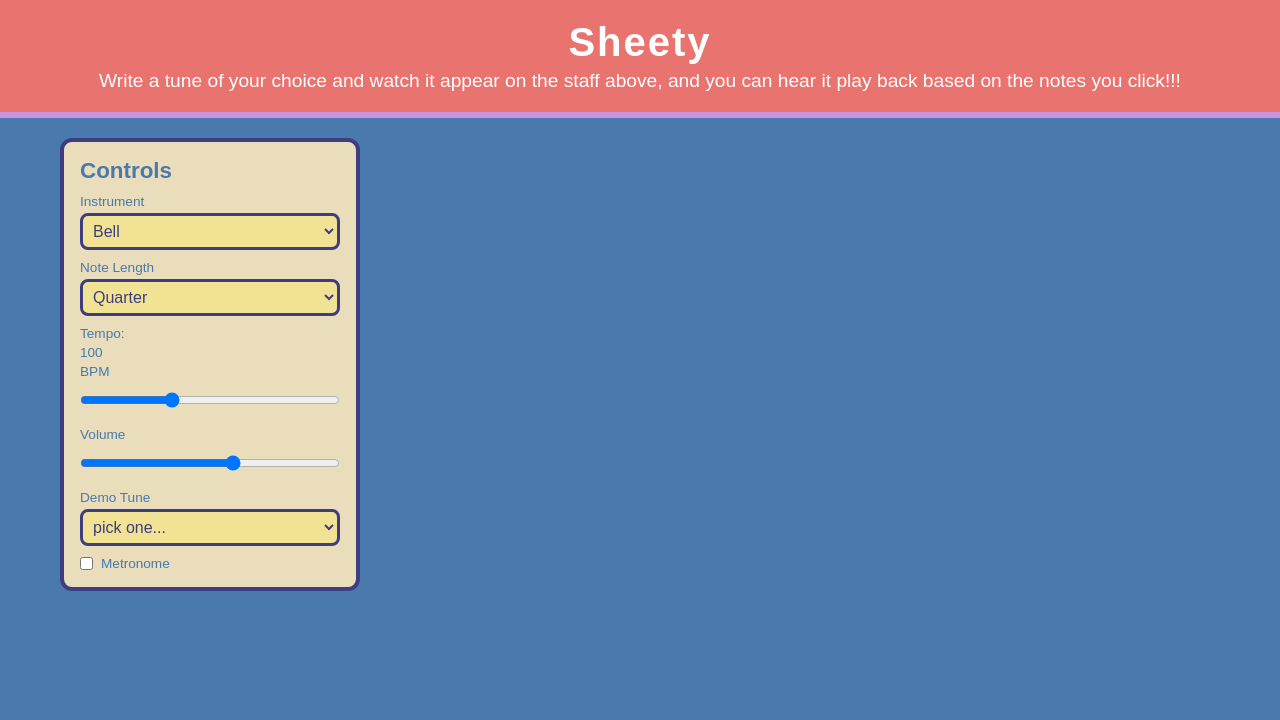
Repository: manayparikh1/sheety
Page: index.html
The author's editor kept a copy of each file at every save. The page is drawn from the files as they stood at one save, then again after the next save.
The browser window is 1280 px wide. The pictures show the whole page.

Above is the page before, as saved 2026-08-23 00:19:36.

### index.html
<!DOCTYPE html>
<html lang="en">

<head>
    <meta charset="UTF-8">
    <title>Sheety</title>
    <style>
        * {
            margin: 0;
            padding: 0;
            box-sizing: border-box;
        }

        :root {
            --cream: #e9ddbb;
            --paper: #ffffff;
            --navy: #3d3d80;
            --red: #e8736f;
            --blue: #4979ad;
            --green: #8dc68b;
            --yellow: #f2e394;
            --orange: #f2ae72;
            --purple: #cd93dd;
            --grey: #a9a9a9;
            --black-key: #494646;
            --line-black: #222222;
        }

        html,
        body {
            background-color: var(--blue);
            font-family: "Comic Neue", "Architects Daughter", "Patrick Hand", "Chalkboard SE", cursive, sans-serif;
            color: var(--paper);
            min-height: 100%;
        }

        header {
            background: var(--red);
            color: var(--paper);
            padding: 19.5px;
            text-align: center;
            border-bottom: 6px solid var(--purple);
        }

        header h1 {
            font-size: 2.5rem;
            letter-spacing: 2px;
        }

        header p {
            margin-top: 5.7px;
            font-size: 1.2rem;
        }

        main {
            max-width: 1000px;
            margin: 0 auto;
            padding: 20px;
        }

        section {
            background: var(--cream);
            border: 4px solid var(--navy);
            border-radius: 12px;
            padding: 16px;
            margin-bottom: 20px;
        }

        section h2 {
            color: var(--blue);
            margin-bottom: 10px;
            font-size: 1.4rem;
        }

        .toolbar {
            display: flex;
            flex-wrap: wrap;
            gap: 14px;
            align-items: center;
        }

        .toolbar-group {
            display: flex;
            flex-direction: column;
            gap: 4px;
        }

        .toolbar-group label {
            font-size: 0.85rem;
            color: var(--grey);
        }

        select,
        input[type="range"] {
            font-family: inherit;
            font-size: 1rem;
            padding: 6px;
            border: 3px solid var(--navy);
            border-radius: 8px;
            background: var(--yellow);
            color: var(--navy);
        }

        button {
            font-family: inherit;
            padding: 10px 16px;
            border-radius: 10px;
            background: var(--yellow);
            font-size: 1rem;
            color: var(--navy);
            cursor: pointer;
            border: 3px solid var(--green);
        }

        button:hover {
            background: var(--orange);
            color: var(--green);
            transform: translateY(-2px);
            box-shadow: 0 4px 12px rgba(0, 0, 0, 0.15);
        }

        button:active {
            background: var(--red);
            color: var(--cream)
        }

        button.play-btn {
            background: var(--green);
            color: var(--cream);
        }

        button.play-btn:hover {
            background: var(--navy);
            transform: translateY(-2px);
            box-shadow: 0 4px 12px rgba(0, 0, 0, 0.15);
        }

        button.stop-btn {
            background: var(--red);
            color: var(--paper);
        }

        button.stop-btn:hover {
            background: var(--navy);
            transform: translateY(-2px);
            box-shadow: 0 4px 12px rgba(0, 0, 0, 0.15);
        }

        button.small {
            padding: 6px 10px;
            font-size: 0.85rem;
        }

        #staffWrap {
            overflow-x: auto;
            border: 3px dashed var(--grey);
            border-radius: 8px;
            padding: 10px;
            background: var(--paper);
        }

        svg#staffSvg {
            background: var(--cream);
            display: block;
        }

        .staff-line {
            stroke: var(--line-black);
            stroke-width: 2;
        }

        .bar-line {
            stroke: var(--grey);
            stroke-width: 2;
        }

        .note-head {
            fill: var(--navy);
            stroke: var(--navy);
            stroke-width: 1;
        }

        .note-head.playing {
            fill: var(--red);
            stroke: var(--red);
        }

        .note-stem {
            stroke: var(--navy);
            stroke-width: 2;
        }

        .rest-mark {
            fill: var(--grey);
        }

        .ledger-line {
            stroke: var(--line-black);
            stroke-width: 2;
        }

        .note-label {
            font-size: 10px;
            fill: var(--blue);
            font-family: "Comic Sans MS", cursive, sans-serif;
        }

        .clef-text {
            font-size: 40px;
            fill: var(--navy);
        }

        #piano {
            display: flex;
            justify-content: center;
            padding: 20px 0;
            gap: 2px;
        }

        .white-key {
            width: 44px;
            height: 150px;
            background: var(--paper);
            border: 3px solid var(--purple);
            border-radius: 0 0 8px 8px;
            cursor: pointer;
            display: flex;
            flex-direction: column;
            align-items: center;
            justify-content: flex-end;
            padding-bottom: 8px;
            font-size: 0.75rem;
            color: var(--grey);
            user-select: none;
        }

        .white-key .pitch-label {
            font-size: 0.75rem;
            color: var(--grey);
        }

        .white-key .key-hint {
            margin-top: 4px;
            width: 22px;
            height: 22px;
            line-height: 22px;
            text-align: center;
            border: 2px solid var(--navy);
            border-radius: 6px;
            background: var(--cream);
            color: var(--navy);
            font-size: 0.75rem;
            font-weight: bold;
        }

        .white-key.pressed .key-hint {
            background: var(--green);
            color: var(--cream);
        }

        #keyboardHint {
            margin-top: 4px;
            font-size: 0.85rem;
            color: var(--grey);
            text-align: center
        }

        .white-key:hover {
            background: var(--yellow);
            transform: translateY(-2px);
            box-shadow: 0 4px 12px rgba(0, 0, 0, 0.15);
        }

        .white-key:active,
        .white-key.pressed {
            background: var(--orange);
            color: var(--cream);
        }

        footer {
            text-align: center;
            padding: 20px;
            color: var(--grey);
            font-size: 0.85rem;
        }

        #statusMsg {
            margin-top: 10px;
            font-size: 0.9rem;
            color: var(--green);
            min-height: 20px;
        }

        main {
            max-width: 1200px;
            display: grid;
            grid-template-columns: 300px 1fr;
            gap: 20px;
            align-items: start;
        }

        .controls {
            position: sticky;
            top: 20px;
        }

        @media (max-width: 900px) {
            main {
                grid-template-columns: 1fr;
            }

            .controls {
                position: static;
            }
        }

        .grid2 {
            display: grid;
            gap: 10px;
        }

        .grid2 label {
            display: flex;
            flex-direction: column;
            gap: 4px;
            font-size: 0.85rem;
            color: var(--blue);
        }

        .grid2 label.check {
            flex-direction: row;
            align-items: center;
            gap: 8px;
        }

        .grid2 select,
        .grid2 input[type=range] {
            width: 100%;
        }

        .btns {
            display: flex;
            flex-wrap: wrap;
            gap: 8px;
            margin-top: 14px;
        }

        .btns button {
            flex: 1 1 auto;
        }

        .hollow {
            fill: var(--paper);
            stroke-width: 2.5;
        }

        .playing {
            fill: var(--red) !important;
            stroke: var(--red);
        }

        .note-head,
        .rest-mark {
            cursor: pointer;
        }
    </style>
</head>

<body>
    <header>
        <h1>Sheety</h1>
        <p>Write a tune of your choice and watch it appear on the staff above, and you can hear it play back based on
            the notes you click!!!</p>
    </header>
    <main>
        <section class="controls">
            <h2>Controls</h2>
            <div class="grid2">
                <label>Instrument
                    <select id="wave">
                        <option value="sine">Bell</option>
                        <option value="triangle">Flute-ish</option>
                        <option value="square">Robot</option>
                        <option value="sawtooth">Buzzy</option>
                    </select>
                </label>
                <label>Note Length
                    <select id="dur">
                        <option value="w">Whole</option>
                        <option value="h">Half</option>
                        <option value="q" selected>Quarter</option>
                        <option value="e">Eigth</option>
                    </select>
                </label>
                <label>Tempo: <span id="bpmOut">100</span> BPM
                    <input type="range" id="bpm" min="40" max="220" value="100">
                </label>
                <label>Volume
                    <input type="range" id="vol" min="0" max="100" value="60">
                </label>
                <label> Demo Tune
                    <select id="demo">
                        <option value="">pick one...</option>
                    </select>
                </label>
                <label class="check"><input type="checkbox" id="metro"> Metronome</label>
            </div>
        </section>
    </main>

After the next save:
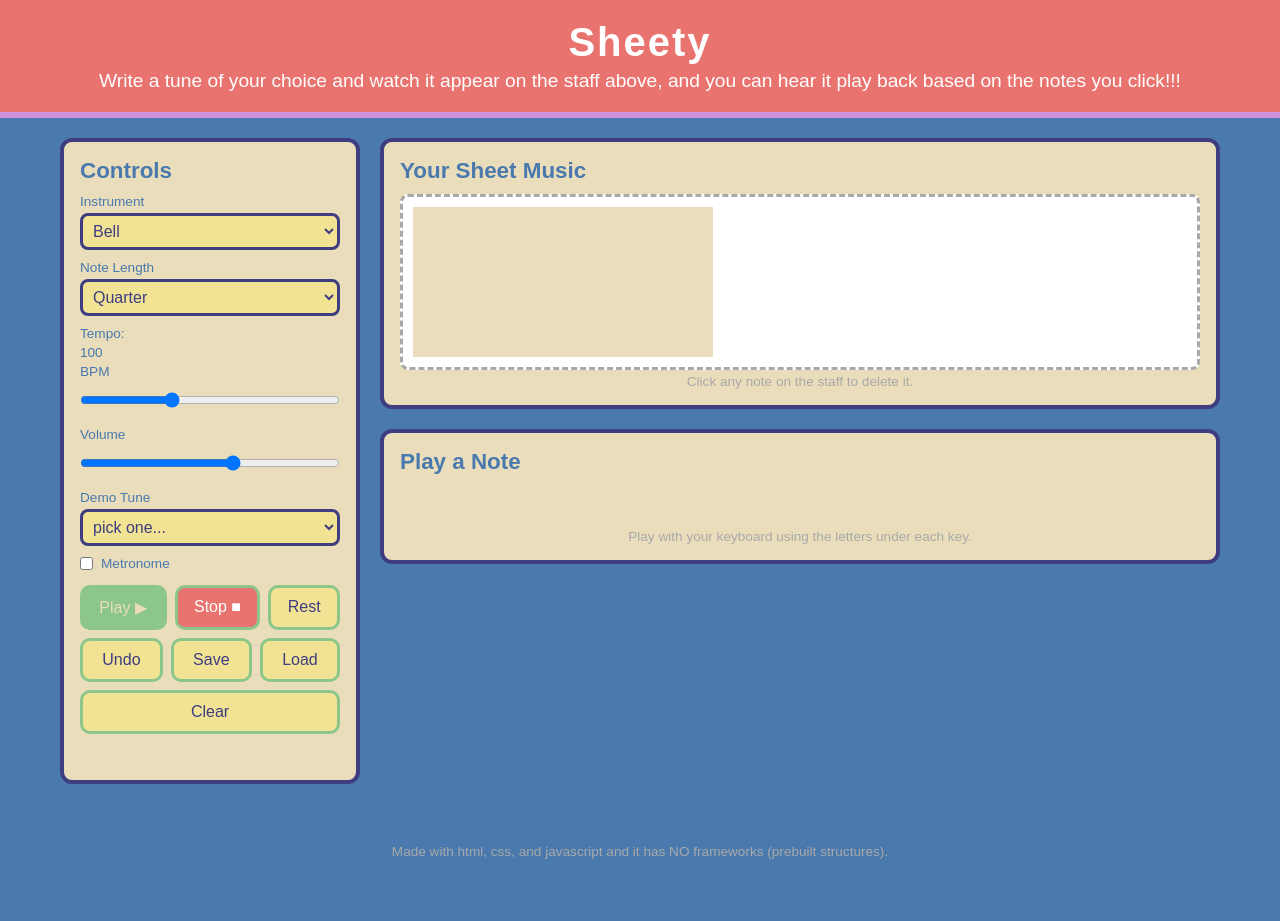
Saved 11 h 10 min later.
--- a/index.html
+++ b/index.html
@@ -405,5 +405,29 @@
                 </label>
                 <label class="check"><input type="checkbox" id="metro"> Metronome</label>
             </div>
+            <div class="btns">
+                <button class="play-btn" id="playBtn">Play &#9654;</button>
+                <button class="stop-btn" id="stopBtn">Stop &#9632;</button>
+                <button id="restBtn">Rest</button>
+                <button id="undoBtn">Undo</button>
+                <button id="saveBtn">Save</button>
+                <button id="loadBtn">Load</button>
+                <button id="clearBtn">Clear</button>
+            </div>
+            <div id="statusMsg"></div>
         </section>
+        <div>
+            <section>
+                <h2>Your Sheet Music</h2>
+                <div id="staffWrap"><svg id="staffSvg"></svg>
+                </div>
+                <div id="keyboardHint">Click any note on the staff to delete it.</div>
+            </section>
+            <section>
+                <h2>Play a Note</h2>
+                <div id="piano"></div>
+                <div id="keyboardHint">Play with your keyboard using the letters under each key.</div>
+            </section>
+        </div>
     </main>
+    <footer>Made with html, css, and javascript and it has NO frameworks (prebuilt structures).</footer>
